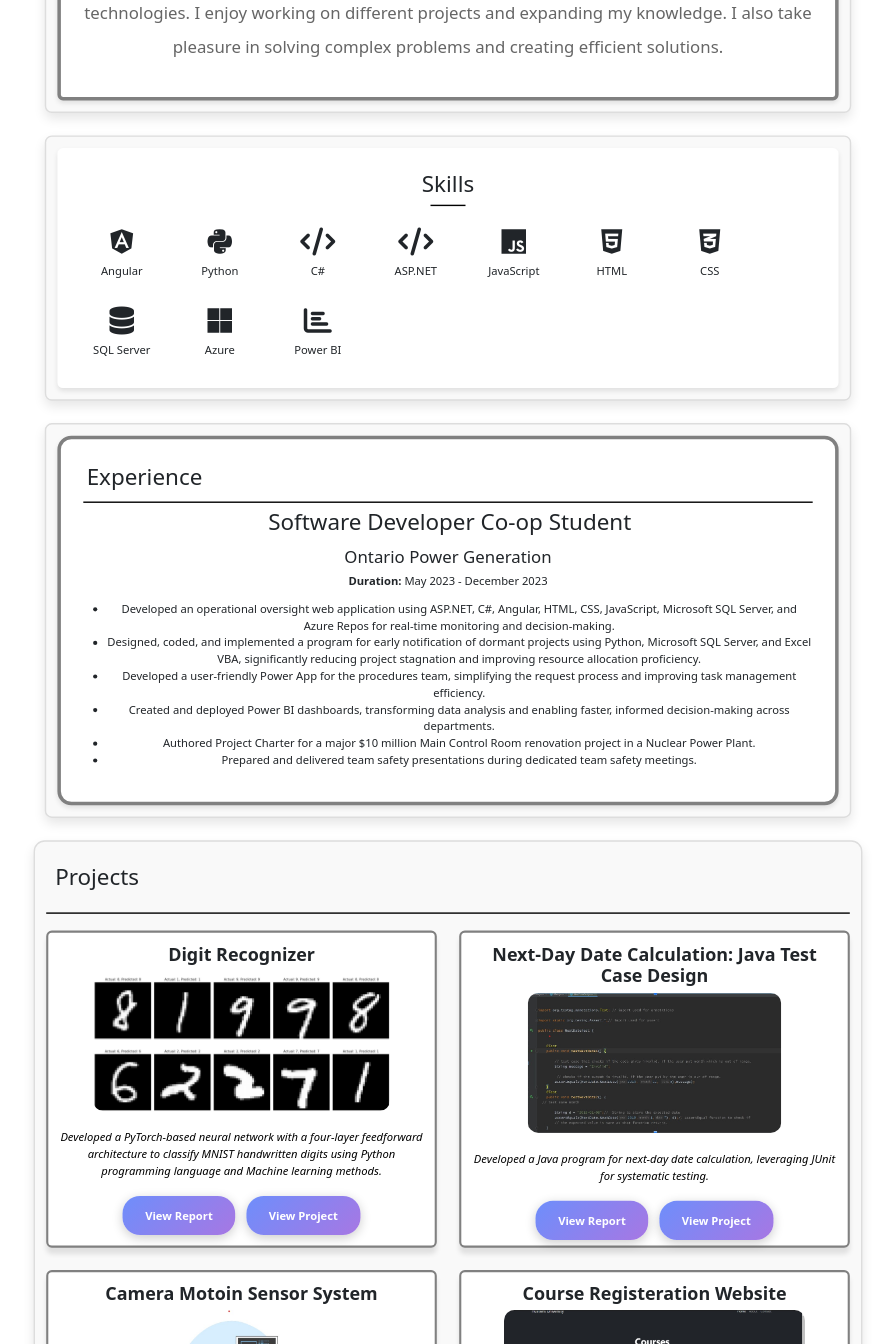
Repository: AkshatKapo/My-Portfolio
Page: /
These files come from the project's save history. The page is drawn as it stood at one moment and after the next save; the edit follows.
The browser window is 1280 px wide. The pictures show the part of the page from y = 778 to 2698 px (the page is 3260 px tall before and 3269 px after), at 70% of full size.
The project was rebuilt for these pictures with package versions that can differ from the ones it lists, and the page was loaded fresh each time. Also part of the build but not shown: vite.config.js.

Above is the page before, as saved 2024-06-15 16:28:54.

After the next save:
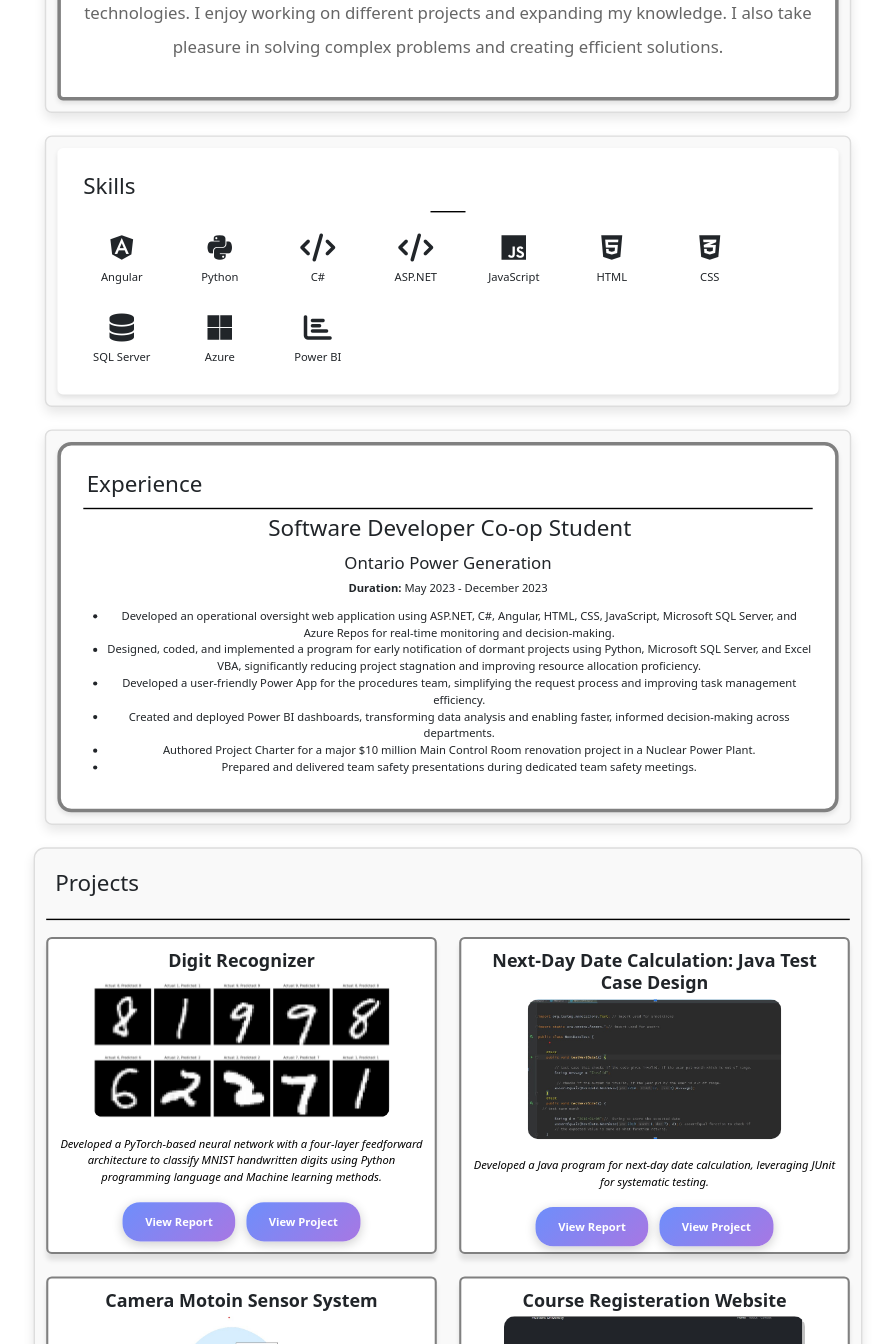
Saved 8 s later.
--- a/src/components/skill.css
+++ b/src/components/skill.css
@@ -31,6 +31,12 @@
 
   #skills h2 {
 
+    font-size: 2rem;
+    text-align: left; /* This will align the heading to the left */
+    margin-bottom: 1rem; /* Adding some space between the heading and the paragraph */
+    margin-top: 0.2rem;
+    margin-left: 0.3rem;
+
 
   }
   .skill {
